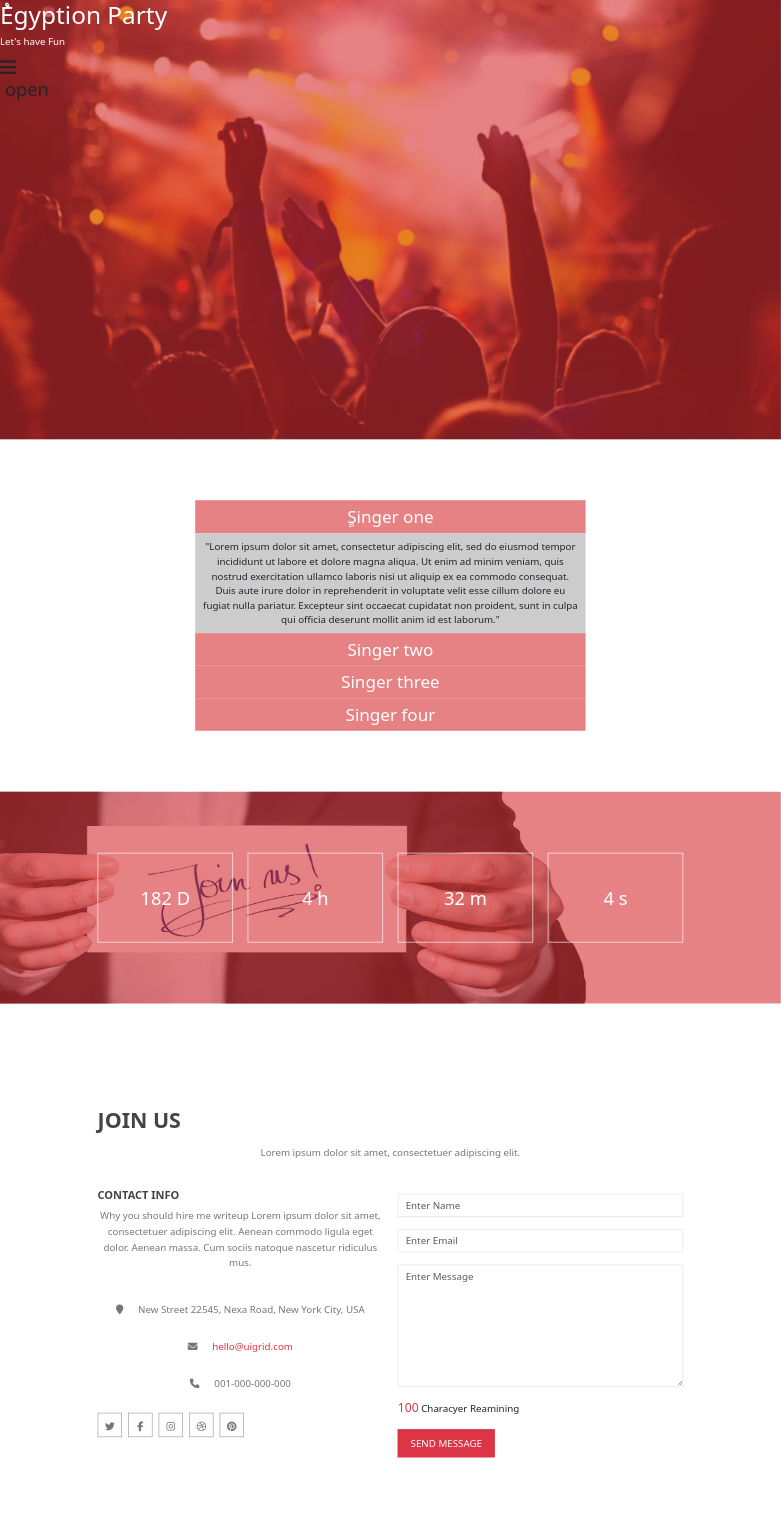
Repository: HagarYousry/jQuery
Page: index.html
These files come from the project's save history. The page is drawn as it stood at one moment and after the next save; the edit follows.
The browser window is 1280 px wide. The pictures show the whole page, at 61% of full size.

Above is the page before, as saved 2024-07-25 19:45:56.

After the next save:
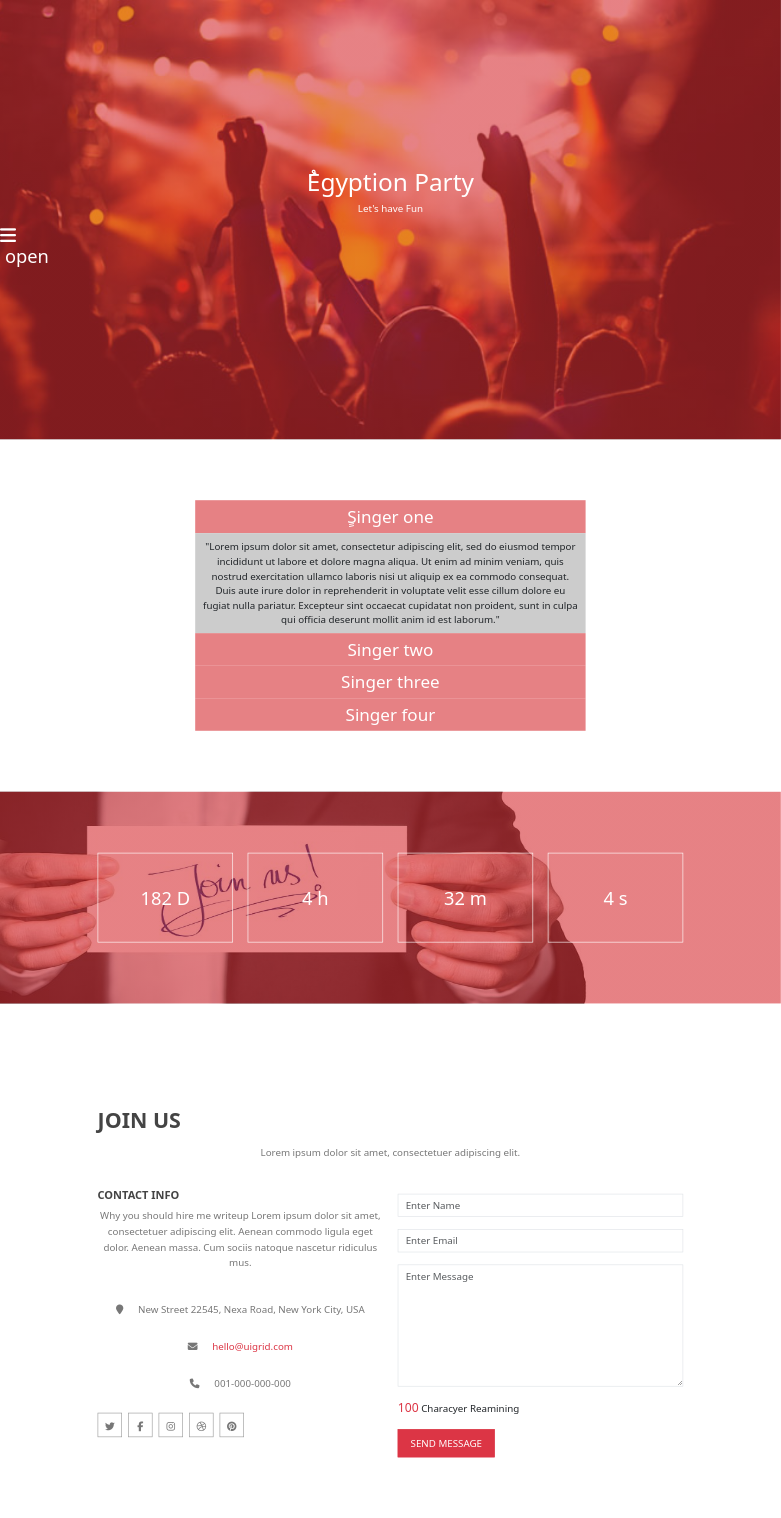
Saved 12 s later.
--- a/index.html
+++ b/index.html
@@ -26,12 +26,10 @@
                      <a class="sideNav-link" href="#count">Details</a>
             </div>
 
-            <div class="home-title vh-100  d-flex flex-column">
-                <div class=" justify-content-center align-items-center  text-white">
-                    <h1>ُEgyption Party</h1>
-                    <p>Let's have Fun</p>
-                </div>
-                <span class="navIcon">
+            <div class="home-title d-flex justify-content-center align-items-center flex-column vh-100 text-white">
+                <h1>ُEgyption Party</h1>
+                <p>Let's have Fun</p>
+                <span class="navIcon align-self-start">
                     <i class="fa-solid fa-bars"></i>
                     <h4 class="ms-2">open</h4>
                 </span>
